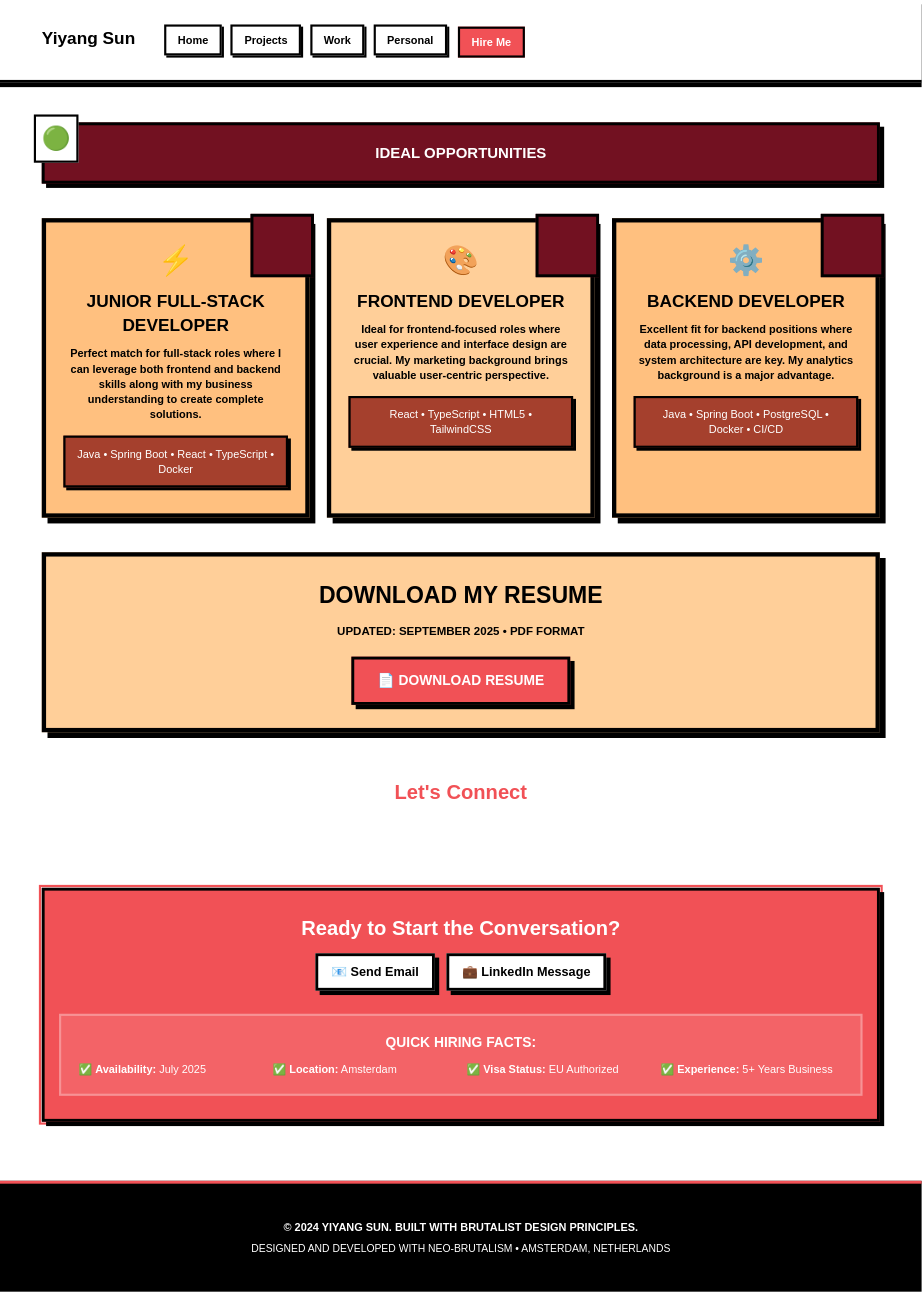
Repository: miloyiyangsun/yiyangsun.github.io
Page: .superdesign/design_iterations/yiyang_hireme_v2.html
The author's editor kept a copy of each file at every save. The page is drawn from the files as they stood at one save, then again after the next save.
The browser window is 1280 px wide. The pictures show the whole page, at 72% of full size.

Above is the page before, as saved 2025-09-03 17:27:03.

### .superdesign/design_iterations/yiyang_hireme_v2.html
<!DOCTYPE html>
<html lang="en">
<head>
    <meta charset="UTF-8">
    <meta name="viewport" content="width=device-width, initial-scale=1.0">
    <title>Hire Me - Yiyang Sun [Neo-Brutalist Portfolio]</title>
    <meta name="description" content="Hire Yiyang Sun - Computer Science Student (2025 Graduate) with 5+ years business experience seeking Junior Full-Stack, Frontend, or Backend opportunities in Amsterdam. Neo-brutalist design.">

    <!-- Neo-Brutalist Theme -->
    <link rel="stylesheet" href="brutalist_theme_v2.css">

    <style>
        /* Hire Me specific brutal styles */
        body {
            padding-top: 120px;
            background: #FFFFFF;
        }

        .main-container {
            max-width: 1200px;
            margin: 0 auto;
            padding: 18px;
        }

        /* Hero CTA - Brutal */
        .hire-hero {
            background: #F15156;
            color: #FFFFFF;
            border: 8px solid #000000;
            padding: 48px 24px;
            text-align: center;
            box-shadow: 12px 12px 0 #000000;
            position: relative;
            margin: 24px 0;
        }

        .hire-hero::before {
            content: '💼';
            position: absolute;
            top: -30px;
            left: -30px;
            font-size: 4rem;
            background: #FFFFFF;
            border: 6px solid #000000;
            padding: 16px;
            width: 100px;
            height: 100px;
            display: flex;
            align-items: center;
            justify-content: center;
        }

        .hire-title {
            font-size: 2.5rem;
            font-weight: 900;
            text-transform: uppercase;
            margin: 0 0 18px 0;
            line-height: 0.9;
        }

        .hire-subtitle {
            font-size: 1.2rem;
            font-weight: 700;
            text-transform: uppercase;
            margin-bottom: 24px;
            opacity: 0.95;
        }

        /* Opportunity Cards - Brutal */
        .opportunity-grid {
            display: grid;
            grid-template-columns: repeat(auto-fit, minmax(300px, 1fr));
            gap: 24px;
            margin: 48px 0;
        }

        .opportunity-card {
            background: #FFFFFF;
            border: 6px solid #000000;
            padding: 24px;
            box-shadow: 8px 8px 0 #000000;
            position: relative;
            text-align: center;
        }

        .opportunity-card:hover {
            transform: translate(-4px, -4px);
            box-shadow: 16px 16px 0 #000000;
        }

        .opportunity-card:nth-child(1) {
            background: #FFC07F;
        }

        .opportunity-card:nth-child(2) {
            background: #FFCF99;
        }

        .opportunity-card:nth-child(3) {
            background: #FFC07F;
        }

        .opportunity-card::before {
            content: '';
            position: absolute;
            top: -12px;
            right: -12px;
            width: 80px;
            height: 80px;
            background: #721121;
            border: 4px solid #000000;
        }

        .opportunity-icon {
            font-size: 2.5rem;
            display: block;
            margin-bottom: 12px;
        }

        .opportunity-title {
            font-size: 1.5rem;
            font-weight: 900;
            text-transform: uppercase;
            color: #000000;
            margin-bottom: 12px;
        }

        .opportunity-description {
            font-size: 0.95rem;
            line-height: 1.4;
            font-weight: 600;
            margin-bottom: 18px;
        }

        /* Skills Match - Brutal */
        .skills-match {
            background: #A5402D;
            color: #FFFFFF;
            padding: 12px 16px;
            border: 3px solid #000000;
            margin: 12px 0;
            box-shadow: 4px 4px 0 #000000;
        }

        /* Contact Cards - Brutal */
        .contact-grid {
            display: grid;
            grid-template-columns: repeat(auto-fit, minmax(280px, 1fr));
            gap: 24px;
            margin: 48px 0;
        }

        .contact-card {
            background: #FFFFFF;
            border: 6px solid #000000;
            padding: 24px;
            text-align: center;
            box-shadow: 6px 6px 0 #000000;
            position: relative;
        }

        .contact-card:hover {
            background: #FFCF99;
            transform: translate(-3px, -3px);
            box-shadow: 11px 11px 0 #000000;
        }

        .contact-card:nth-child(even) {
            background: #FFC07F;
        }

        .contact-card:nth-child(even):hover {
            background: #F15156;
            color: #FFFFFF;
        }

        .contact-icon {
            width: 64px;
            height: 64px;
            background: #F15156;
            border: 4px solid #000000;
            border-radius: 0;
            margin: 0 auto 18px auto;
            display: flex;
            align-items: center;
            justify-content: center;
            font-size: 1.6rem;
            color: #FFFFFF;
            box-shadow: 4px 4px 0 #000000;
        }

        .contact-title {
            font-size: 1.2rem;
            font-weight: 900;
            text-transform: uppercase;
            margin-bottom: 10px;
            color: #000000;
        }

        .contact-info {
            font-size: 1.1rem;
            font-weight: 700;
            margin-bottom: 8px;
        }

        .contact-description {
            font-size: 0.9rem;
            font-weight: 600;
            text-transform: uppercase;
            color: #666666;
        }

        /* Value Proposition - Brutal */
        .value-proposition {
            background: #721121;
            color: #FFFFFF;
            padding: 48px;
            border: 8px solid #000000;
            box-shadow: 12px 12px 0 #000000;
            margin: 64px 0;
        }

        .value-title {
            font-size: 2.5rem;
            font-weight: 900;
            text-transform: uppercase;
            text-align: center;
            margin-bottom: 32px;
        }

        .value-grid {
            display: grid;
            grid-template-columns: repeat(auto-fit, minmax(250px, 1fr));
            gap: 24px;
        }

        .value-item {
            padding: 24px;
            background: rgba(255, 255, 255, 0.1);
            border: 2px solid rgba(255, 255, 255, 0.3);
            text-align: center;
        }

        .value-item-title {
            font-size: 1.2rem;
            font-weight: 900;
            text-transform: uppercase;
            margin-bottom: 12px;
        }

        .value-item-description {
            font-size: 1rem;
            font-weight: 500;
            line-height: 1.4;
        }

        /* Resume Download - Brutal */
        .resume-section {
            background: #FFCF99;
            border: 6px solid #000000;
            padding: 32px;
            text-align: center;
            box-shadow: 8px 8px 0 #000000;
            margin: 32px 0;
        }

        .resume-title {
            font-size: 2rem;
            font-weight: 900;
            text-transform: uppercase;
            margin-bottom: 16px;
        }

        .resume-info {
            font-size: 1rem;
            font-weight: 600;
            margin-bottom: 24px;
            text-transform: uppercase;
        }

        .download-button {
            display: inline-block;
            background: #F15156;
            color: #FFFFFF;
            padding: 16px 32px;
            border: 4px solid #000000;
            text-decoration: none;
            font-weight: 900;
            font-size: 1.2rem;
            text-transform: uppercase;
            box-shadow: 6px 6px 0 #000000;
        }

        .download-button:hover {
            background: #721121;
            transform: translate(-2px, -2px);
            box-shadow: 8px 8px 0 #000000;
        }

        /* Availability Status - Brutal */
        .availability {
            background: #721121;
            color: #FFFFFF;
            padding: 24px;
            border: 4px solid #000000;
            text-align: center;
            margin: 32px 0;
            box-shadow: 6px 6px 0 #000000;
            position: relative;
        }

        .availability::before {
            content: '🟢';
            position: absolute;
            top: -15px;
            left: -15px;
            font-size: 2rem;
            background: #FFFFFF;
            border: 3px solid #000000;
            padding: 8px;
            border-radius: 0;
        }

        .availability-text {
            font-size: 1.3rem;
            font-weight: 900;
            text-transform: uppercase;
        }

        /* Mobile responsive */
        @media (max-width: 768px) {
            .hire-title {
                font-size: 2.5rem;
            }

            .hire-hero {
                padding: 40px 20px;
            }

            .opportunity-grid,
            .contact-grid {
                grid-template-columns: 1fr;
            }

            .value-proposition {
                padding: 32px 20px;
            }

            .value-title {
                font-size: 2rem;
            }
        }
    </style>
</head>

<body>
    <!-- Brutalist Navigation -->
    <nav class="brutalist-nav">
        <div class="main-container">
            <strong style="font-size: 1.5rem; margin-right: 32px;">Yiyang Sun</strong>
            <a href="yiyang_home_v2.html" class="brutalist-nav-item">Home</a>
            <a href="yiyang_projects_v2.html" class="brutalist-nav-item">Projects</a>
            <a href="yiyang_work_v2.html" class="brutalist-nav-item">Work</a>
            <a href="yiyang_personal_v2.html" class="brutalist-nav-item">Personal</a>
            <a href="yiyang_hireme_v2.html" class="brutalist-nav-item active">Hire Me</a>
        </div>
    </nav>

    <!-- Main Content -->
    <main class="main-container">
        <!-- Hero CTA -->
        <!-- <section class="hire-hero">
            <div class="hire-title">Hire Me Now!</div>
            <div class="hire-subtitle">CS Student (2025 Graduate) with 5+ Years Business Background</div>
            <p style="font-size: 1.2rem; font-weight: 600; max-width: 600px; margin: 0 auto 32px auto;">
                Computer Science student graduating July 2025 seeking Junior Full-Stack, Frontend, or Backend opportunities.
                5+ years international business experience + technical skills.
            </p>
            <a href="mailto:miloyysun@outlook.com?subject=Job Opportunity&body=Hi Yiyang, I'm interested in discussing a software development opportunity with you."
               class="brutalist-button" style="background: #FFFFFF; color: #000000; font-size: 1.2rem; padding: 16px 32px;">
Email Me Today
            </a>
        </section> -->

        <!-- Availability Status -->
        <!-- <section class="availability">
            <div class="availability-text">Available from July 2025 • CS Graduate • Amsterdam Based • EU Work Authorization</div>
        </section> -->
        <section class="availability">
            <div class="availability-text">Ideal Opportunities</div>
        </section>
        <!-- Opportunity Types -->
        <section>
            <!-- <h2 class="title-large brutalist-text-center" style="margin: 64px 0 32px 0;">Ideal Opportunities</h2> -->

            <div class="opportunity-grid">
                <div class="opportunity-card">
                    <span class="opportunity-icon">⚡</span>
                    <div class="opportunity-title">Junior Full-Stack Developer</div>
                    <div class="opportunity-description">
                        Perfect match for full-stack roles where I can leverage both frontend and backend skills
                        along with my business understanding to create complete solutions.
                    </div>
                    <div class="skills-match">
                        Java • Spring Boot • React • TypeScript • Docker
                    </div>
                </div>

                <div class="opportunity-card">
                    <span class="opportunity-icon">🎨</span>
                    <div class="opportunity-title">Frontend Developer</div>
                    <div class="opportunity-description">
                        Ideal for frontend-focused roles where user experience and interface design are crucial.
                        My marketing background brings valuable user-centric perspective.
                    </div>
                    <div class="skills-match">
                        React • TypeScript • HTML5 • TailwindCSS
                    </div>
                </div>

                <div class="opportunity-card">
                    <span class="opportunity-icon">⚙️</span>
                    <div class="opportunity-title">Backend Developer</div>
                    <div class="opportunity-description">
                        Excellent fit for backend positions where data processing, API development, and system architecture
                        are key. My analytics background is a major advantage.
                    </div>
                    <div class="skills-match">
                        Java • Spring Boot • PostgreSQL • Docker • CI/CD
                    </div>
                </div>
            </div>
        </section>

        <!-- Value Proposition -->
        <!-- <section class="value-proposition">
            <div class="value-title">Why Hire Me?</div>
            <div class="value-grid">
                <div class="value-item">
                    <div class="value-item-title">Unique Business Background</div>
                    <div class="value-item-description">
                        5+ years of international business experience brings valuable perspective to software development projects
                    </div>
                </div>
                <div class="value-item">
                    <div class="value-item-title">Proven Problem Solver</div>
                    <div class="value-item-description">
                        Demonstrated ability to analyze complex problems and implement effective technical solutions
                    </div>
                </div>
                <div class="value-item">
                    <div class="value-item-title">International Experience</div>
                    <div class="value-item-description">
                        Worked across Singapore, China, and Netherlands - excellent for global teams and cross-cultural projects
                    </div>
                </div>
                <div class="value-item">
                    <div class="value-item-title">Career Transition Success</div>
                    <div class="value-item-description">
                        Successfully transitioned from 5+ years business career to Computer Science, graduating July 2025
                    </div>
                </div>
            </div>
        </section> -->

        <!-- Resume Download -->
        <section class="resume-section">
            <div class="resume-title">Download My Resume</div>
            <div class="resume-info">Updated: September 2025 • PDF Format</div>
            <a href="#" class="download-button">📄 Download Resume</a>
        </section>

        <!-- Contact Information -->
        <section>
            <h2 class="title-large brutalist-text-center" style="margin: 64px 0 32px 0;">Let's Connect</h2>

            <div class="contact-grid">
                <!-- <div class="contact-card">
                    <div class="contact-icon">📧</div>
                    <div class="contact-title">Email Me</div>
                    <div class="contact-info">miloyysun@outlook.com</div>
                    <div class="contact-description">Primary Communication Method</div>
                </div>

                <div class="contact-card">
                    <div class="contact-icon">💼</div>
                    <div class="contact-title">LinkedIn</div>
                    <div class="contact-info">yiyangsunmilo</div>
                    <div class="contact-description">Professional Networking</div>
                </div>

                <div class="contact-card">
                    <div class="contact-icon">📍</div>
                    <div class="contact-title">Location</div>
                    <div class="contact-info">Amsterdam, Netherlands</div>
                    <div class="contact-description">Available for Local Opportunities</div>
                </div> -->
            </div>
        </section>

        <!-- Final CTA -->
        <section class="brutalist-hero brutalist-bg-red" style="margin: 64px 0;">
            <div class="brutalist-text-center">
                <h2 class="title-large" style="color: #FFFFFF; margin-bottom: 16px;">Ready to Start the Conversation?</h2>
                <!-- <p style="font-size: 1.3rem; font-weight: 700; color: #FFFFFF; margin-bottom: 32px; max-width: 700px; margin-left: auto; margin-right: auto;">
                    Whether you have a specific role in mind or just want to explore possibilities,
                    I'm excited to discuss how my unique background can contribute to your team's success.
                </p> -->
                <div style="display: flex; justify-content: center; gap: 16px; flex-wrap: wrap;">
                    <a href="mailto:miloyysun@outlook.com?subject=Software Development Opportunity&body=Hi Yiyang, I'm interested in discussing potential opportunities with you."
                       class="brutalist-button" style="background: #FFFFFF; color: #000000; font-size: 1.1rem;">
                        📧 Send Email
                    </a>
                    <a href="https://linkedin.com/in/yiyangsunmilo"
                       class="brutalist-button" style="background: #FFFFFF; color: #000000; font-size: 1.1rem;" target="_blank">
                        💼 LinkedIn Message
                    </a>
                    <!-- <a href="tel:+31626707606"
                       class="brutalist-button" style="background: #FFFFFF; color: #000000; font-size: 1.1rem;">
                        📞 Call: +31 626707606
                    </a> -->
                </div>

                <div style="margin-top: 32px; padding: 24px; background: rgba(255,255,255,0.1); border: 3px solid rgba(255,255,255,0.3);">
                    <h3 style="font-size: 1.2rem; font-weight: 900; text-transform: uppercase; margin-bottom: 12px;">Quick Hiring Facts:</h3>
                    <div style="display: grid; grid-template-columns: repeat(auto-fit, minmax(150px, 1fr)); gap: 16px; text-align: left;">
                        <div>✅ <strong>Availability:</strong> July 2025</div>
                        <div>✅ <strong>Location:</strong> Amsterdam</div>
                        <div>✅ <strong>Visa Status:</strong> EU Authorized</div>
                        <div>✅ <strong>Experience:</strong> 5+ Years Business</div>
                    </div>
                </div>
            </div>
        </section>
    </main>

    <!-- Footer -->
    <footer style="background: #000000; color: #FFFFFF; padding: 32px; text-align: center; border-top: 4px solid #F15156;">
        <div class="main-container">
            <p style="font-weight: 700; text-transform: uppercase; margin-bottom: 8px;">
                &copy; 2024 Yiyang Sun. Built with brutalist design principles.
            </p>
            <p style="font-size: 0.9rem; text-transform: uppercase;">
                Designed and developed with neo-brutalism • Amsterdam, Netherlands
            </p>
        </div>
    </footer>

    <script>
        // Minimal JavaScript for hire me page
        console.log('💼 HIRE ME PAGE - NEO-BRUTALIST DESIGN LOADED');
        console.log('🚀 READY TO HIRE YIYANG SUN!');

        // Enhanced button press effects for CTA buttons
        document.querySelectorAll('.brutalist-button, .download-button, .contact-card').forEach(element => {
            element.addEventListener('mousedown', function() {
                this.style.transform = 'translate(3px, 3px)';
                this.style.boxShadow = 'none';
            });

            element.addEventListener('mouseup', function() {
                this.style.transform = '';
                this.style.boxShadow = '';
            });

            element.addEventListener('mouseleave', function() {
                this.style.transform = '';
                this.style.boxShadow = '';
            });
        });

        // Log hiring intent tracking
        document.querySelectorAll('a[href^="mailto:"]').forEach(emailLink => {
            emailLink.addEventListener('click', function() {
                console.log('📧 EMAIL CLICK - POTENTIAL HIRE INTEREST!');
            });
        });
    </script>
</body>
</html>

Loaded but not shown: .superdesign/design_iterations/brutalist_theme_v2.css (336 lines, source omitted)

After the next save:
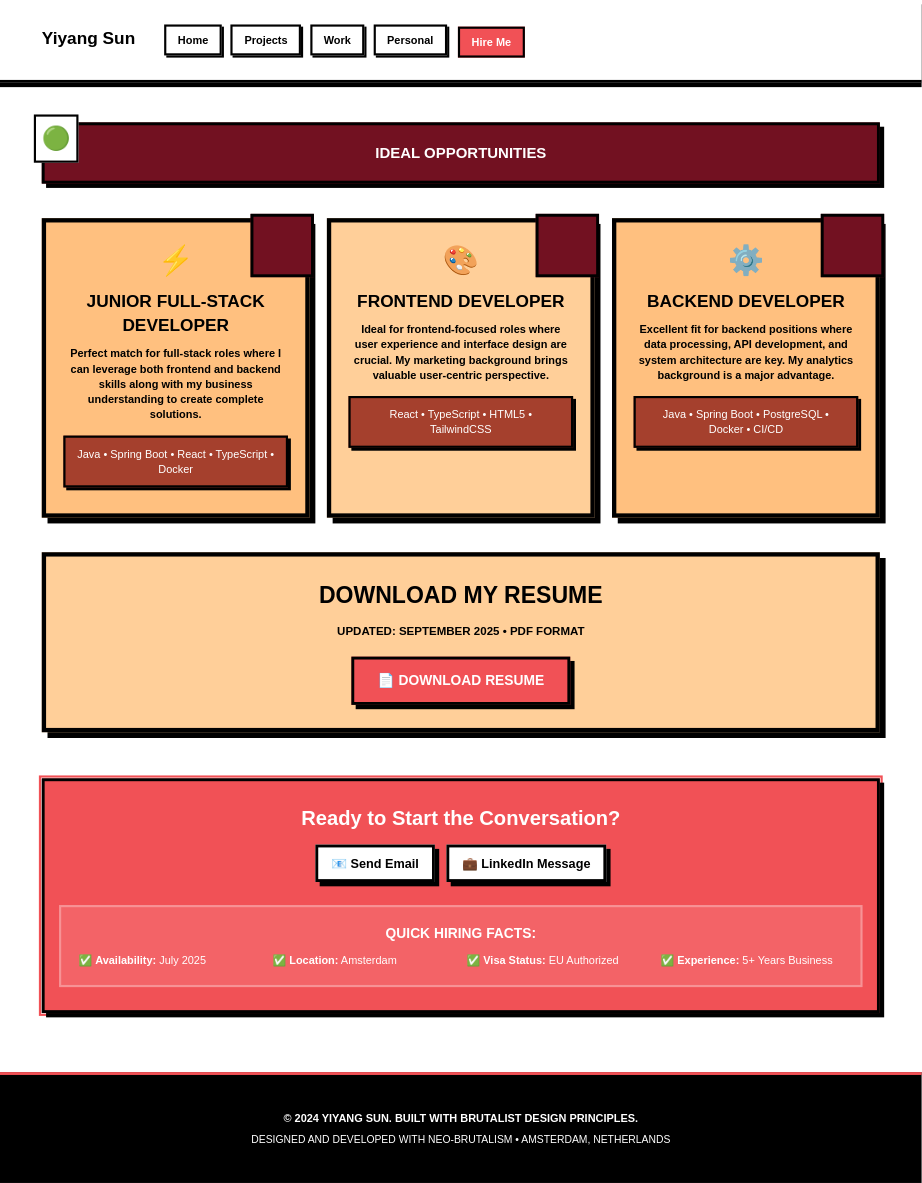
Saved 11 s later.
--- a/.superdesign/design_iterations/yiyang_hireme_v2.html
+++ b/.superdesign/design_iterations/yiyang_hireme_v2.html
@@ -471,11 +471,11 @@ Email Me Today
         </section>
 
         <!-- Contact Information -->
-        <section>
+        <!-- <section>
             <h2 class="title-large brutalist-text-center" style="margin: 64px 0 32px 0;">Let's Connect</h2>
 
             <div class="contact-grid">
-                <!-- <div class="contact-card">
+                <div class="contact-card">
                     <div class="contact-icon">📧</div>
                     <div class="contact-title">Email Me</div>
                     <div class="contact-info">miloyysun@outlook.com</div>
@@ -494,9 +494,9 @@ Email Me Today
                     <div class="contact-title">Location</div>
                     <div class="contact-info">Amsterdam, Netherlands</div>
                     <div class="contact-description">Available for Local Opportunities</div>
-                </div> -->
+                </div>
             </div>
-        </section>
+        </section> -->
 
         <!-- Final CTA -->
         <section class="brutalist-hero brutalist-bg-red" style="margin: 64px 0;">
